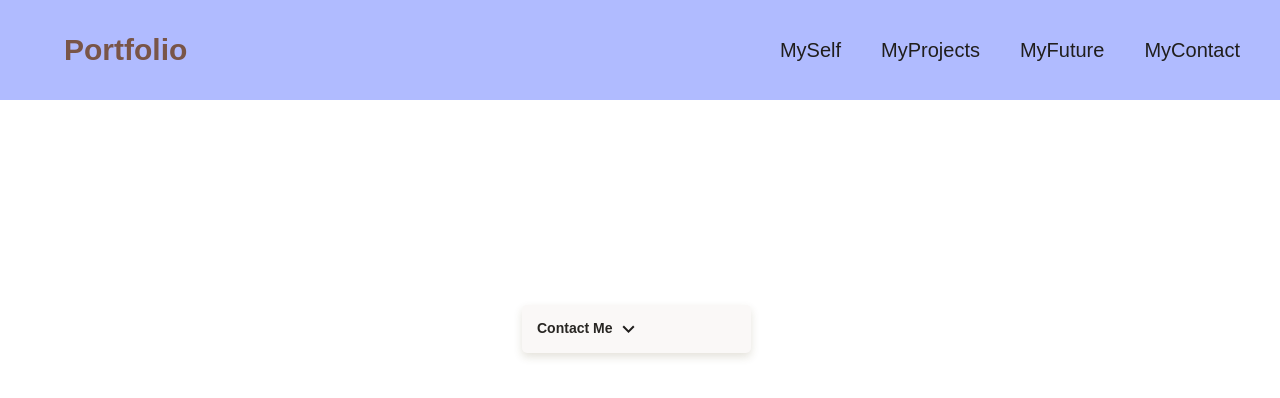
Repository: ChristianGecchelin/PortfolioOnline
Page: index.html
An editor plug-in stored every save of this project. The page is shown before and after the next save, followed by the edit.
The browser window is 1280 px wide. The pictures show the whole page.

Above is the page before, as saved 2022-01-08 11:36:43.

### index.html
<!DOCTYPE html>
<html lang="en">
  <head>
    <meta charset="UTF-8" />
    <meta http-equiv="X-UA-Compatible" content="IE=edge" />
    <meta name="viewport" content="width=device-width, initial-scale=1.0" />
    <title>Portfolio Christian</title>
    <link rel="stylesheet" href="./styles/styles.css" />
  </head>
  <body>
    <header>
      <nav>
        <h1>Portfolio</h1>
        <ul class="nav justify-content-end">
          <li class="nav-item">
            <a class="nav-link" href="">MySelf</a>
          </li>
          <li class="nav-item">
            <a class="nav-link" href="">MyProjects</a>
          </li>
          <li class="nav-item">
            <a class="nav-link" href="">MyFuture</a>
          </li>
          <li class="nav-item">
            <a class="nav-link" href="">MyContact</a>
          </li>
        </ul>
        <a class="header--button" href="#MyContact"> Contact Me<span></span></a>
      </nav>
      <main class="principalContainer">
        <section class="principalContainer-mySelf"></section>
        <div class="principalContainer-mySelf--information"></div>
        <div class="principalContainer-mySelf--image"></div>
        <section class="principalContainer-myProject"></section>
        <section class="principalContainer-myFuture"></section>
        <section class="principalContainer-myContact"></section>
      </main>
    </header>
  </body>
</html>

### styles/styles.css
:root {
  --strong-orange: #f7931a;
  --soft-orange: #ffe9d5;
  --secondary-blue: #1a9af7;
  --soft-blue: #e7f5ff;
  --warm-black: #201e1c;
  --black: #282623;
  --grey: #bababa;
  --off-white: #faf8f7;
  --just-white: #fff;
  --light-violet: #b0bbff;
  --strong-violet: #5764b3;
  --skin-color: #ffecb0;
  --yellow-skin-color: #fff3c9;
  --almost-brown: #b3a169;
}
* {
  box-sizing: border-box;
  margin: 0;
  padding: 0;
}
html {
  font-size: 62.5%;
  font-family: "DM Sans", sans-serif;
}
header {
  width: 100%;
  min-width: 320px;
  height: auto;
}
header nav {
  position: relative;
  display: flex;
  flex-direction: row;
  justify-content: space-between;
  align-items: center;
  width: 100%;
  min-width: 320px;
  height: auto;
  padding: 25px 0;
  background-color: #b0bbff;
}
header nav h1 {
  width: 40%;
  min-width: 320px;
  margin: 0 auto;
  font-size: 3rem;
  line-height: 5rem;
  color: #795548;
}
header nav ul {
  display: flex;
  width: 50%;
  min-width: 320px;
  justify-content: end;
}
header nav ul li {
  margin-right: 40px;
  list-style: none;
}
header nav ul li a {
  font-size: 2rem;
  text-decoration: none;
  color: var(--warm-black);
}
header nav .header--button {
  position: absolute;
  top: 270px;
  left: calc(50% - 118px);
  display: block;
  margin-top: 35px;
  padding: 15px;
  width: 229px;
  height: 48px;
  background-color: var(--off-white);
  font-size: 1.4rem;
  font-weight: 700;
  text-decoration: none;
  color: var(--black);
  box-shadow: 0px 4px 8px rgba(89, 73, 30, 0.16);
  border: none;
  border-radius: 5px;
}
header nav .header--button span {
  display: inline-block;
  width: 13px;
  height: 8px;
  margin-left: 10px;
  background-image: url(../assets/icons/down-arrow.svg);
}

After the next save:
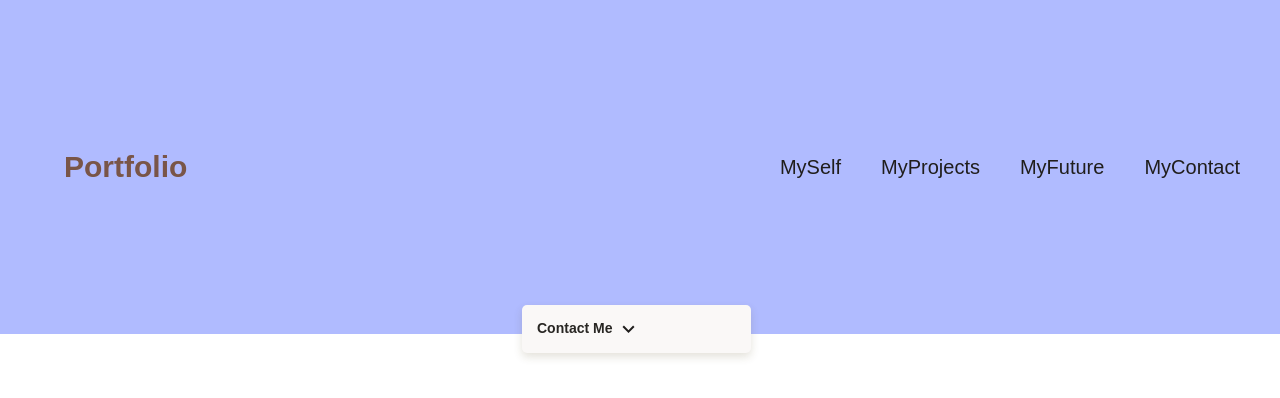
Saved 8 s later.
--- a/styles/styles.css
+++ b/styles/styles.css
@@ -36,7 +36,7 @@ header nav {
   align-items: center;
   width: 100%;
   min-width: 320px;
-  height: auto;
+  height: 334px;
   padding: 25px 0;
   background-color: #b0bbff;
 }
